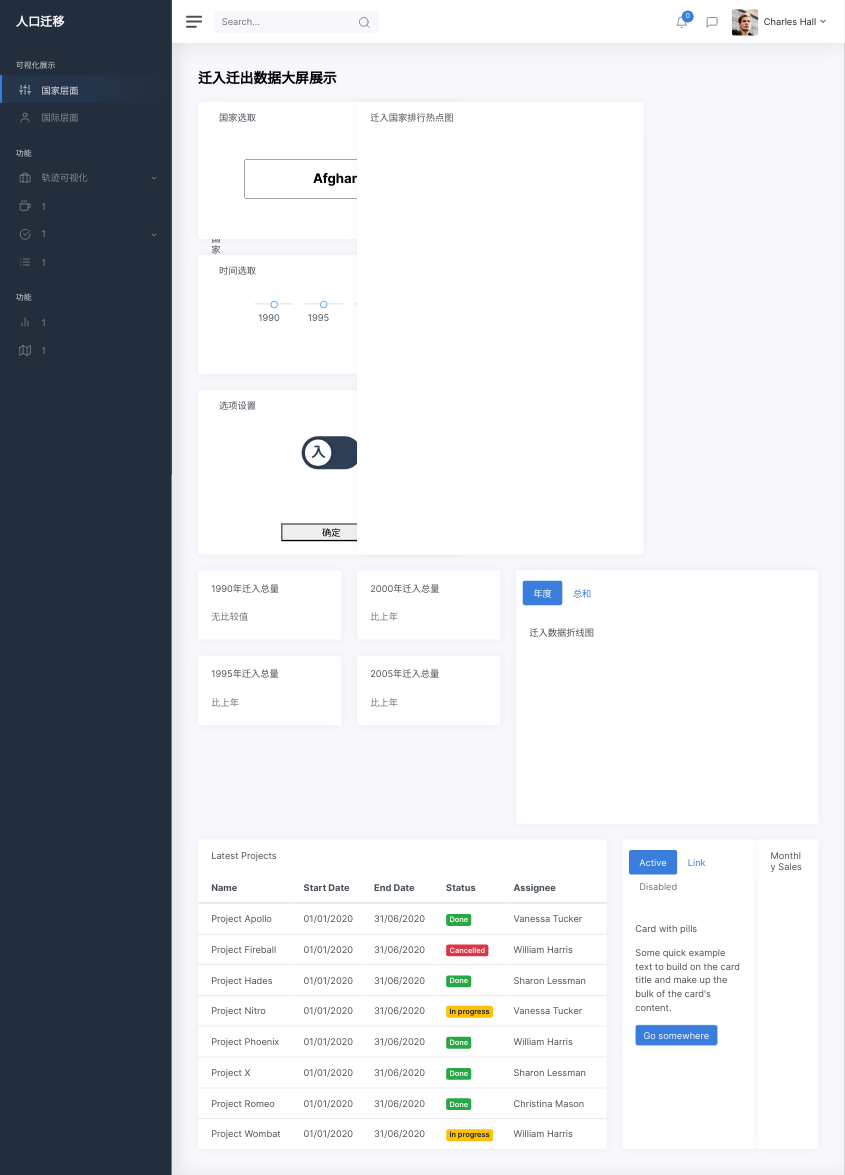
Repository: yuwei0922/WHURS-WGIS
Page: final_project/index.html
The author's editor kept a copy of each file at every save. The page is drawn from the files as they stood at one save, then again after the next save.
The browser window is 1280 px wide. The pictures show the whole page, at 66% of full size.
Some icons come from a web library that is not loaded, so they are not drawn. Some web libraries are served in a nearby version.

Above is the page before, as saved 2022-12-25 22:30:13.
Not found: final_project/js/vendor.js

After the next save:
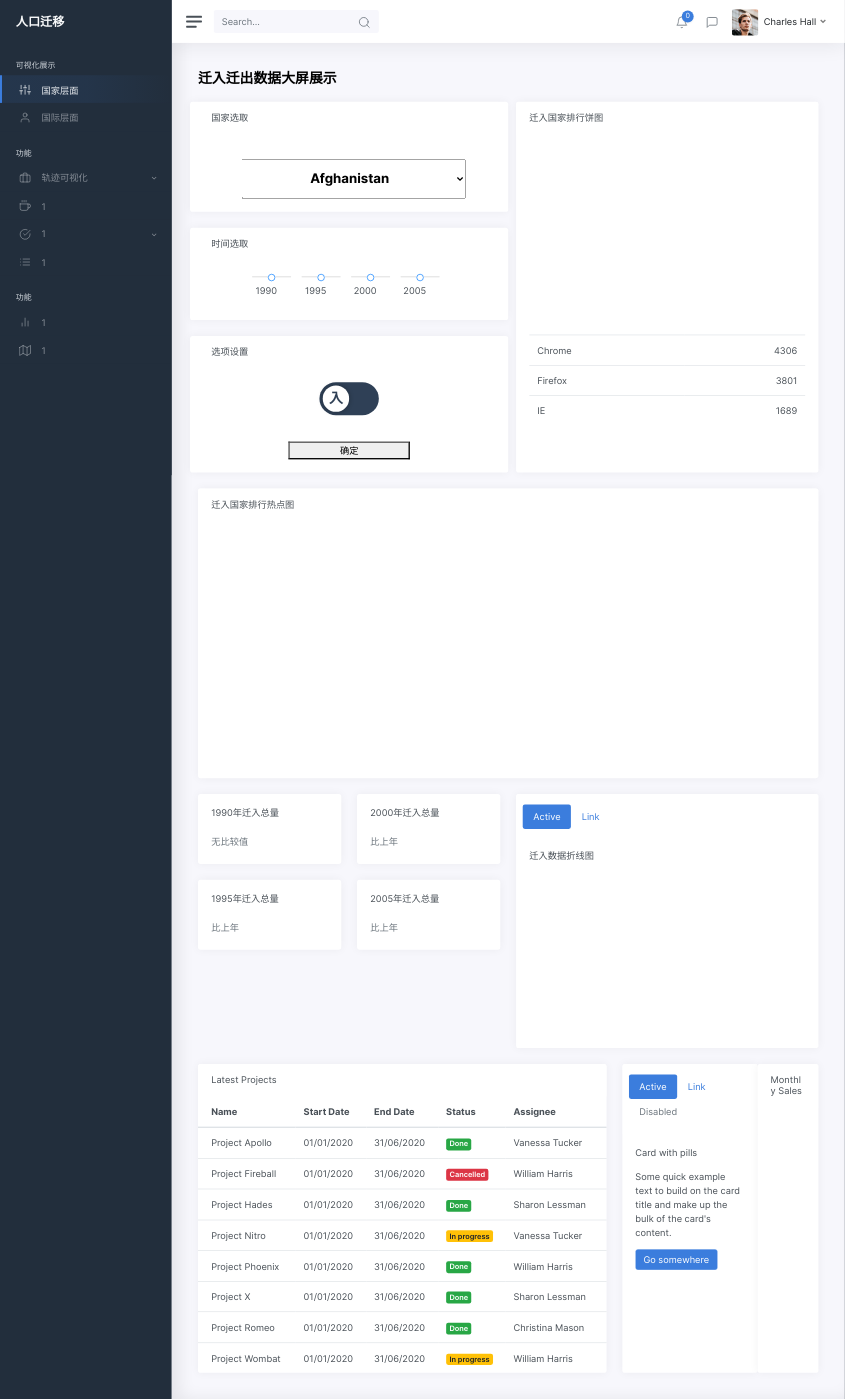
Saved 11 s later.
--- a/final_project/index.html
+++ b/final_project/index.html
@@ -305,52 +305,37 @@
 					<div class="row" id="selectandpie">
 
 						<div class="col-12 col-md-6 col-xxl-3 d-flex order-2 order-xxl-3">
-							<div class="card w-100">
+							<div class="card flex-fill w-100">
 								<div class="card-header">
-									<ul class="nav nav-pills card-header-pills pull-right" role="tablist">
-										<li class="nav-item">
-											<a class="nav-link active" data-toggle="tab" href="#tab-4">年度</a>
-										</li>
-										<li class="nav-item">
-											<a class="nav-link" data-toggle="tab" href="#tab-5">总和</a>
-										</li>
-									</ul>
-								</div>
-								<div class="card-body py-3">
-									<div class="tab-content">
-										<div class="tab-pane fade show active" id="tab-4" role="tabpanel">
-											<h5 class="card-title mb-0" id="pietitle">迁入国家排行饼图</h5>
-											<div class="align-self-center w-100">
-												<div class="py-3">
-													<div class="chart chart-xs">
-														<canvas id="chartjs-dashboard-pie"></canvas>
-													</div>
-												</div>
-												<table class="table mb-0" id="pietable">
-													<tbody>
-														<tr>
-															<td>Chrome</td>
-															<td class="text-right">4306</td>
-														</tr>
-														<tr>
-															<td>Firefox</td>
-															<td class="text-right">3801</td>
-														</tr>
-														<tr>
-															<td>IE</td>
-															<td class="text-right">1689</td>
-														</tr>
-													</tbody>
-												</table>
-											</div>
-										</div>
-										<div class="tab-pane fade text-center" id="tab-5" role="tabpanel">
-											<h5 class="card-title">Card with pills</h5>
-											<p class="card-text">Some quick example text to build on the card title and make up the bulk of the card's content.</p>
-											<a href="#" class="btn btn-primary">Go somewhere</a>
-										</div>
-									</div>
-								</div>
+									<h5 class="card-title mb-0" id="pietitle">迁入国家排行饼图</h5>
+								</div>
+								<div class="card-body d-flex">
+									<div class="align-self-center w-100">
+										<div class="py-3">
+											<div class="chart chart-xs">
+												<canvas id="chartjs-dashboard-pie"></canvas>
+											</div>
+										</div>
+
+										<table class="table mb-0" id="pietable">
+											<tbody>
+												<tr>
+													<td>Chrome</td>
+													<td class="text-right">4306</td>
+												</tr>
+												<tr>
+													<td>Firefox</td>
+													<td class="text-right">3801</td>
+												</tr>
+												<tr>
+													<td>IE</td>
+													<td class="text-right">1689</td>
+												</tr>
+											</tbody>
+										</table>
+									</div>
+								</div>
+							</div>
 						</div>
 
 						<div class="col-12 col-md-12 col-xxl-6 d-flex order-3 order-xxl-2">
@@ -469,11 +454,12 @@
 							<div class="card-header">
 								<ul class="nav nav-pills card-header-pills pull-right" role="tablist">
 									<li class="nav-item">
-										<a class="nav-link active" data-toggle="tab" href="#tab-4">年度</a>
+										<a class="nav-link active" data-toggle="tab" href="#tab-4">Active</a>
 									</li>
 									<li class="nav-item">
-										<a class="nav-link" data-toggle="tab" href="#tab-5">总和</a>
+										<a class="nav-link" data-toggle="tab" href="#tab-5">Link</a>
 									</li>
+
 								</ul>
 							</div>
 							<div class="card-body py-3">
